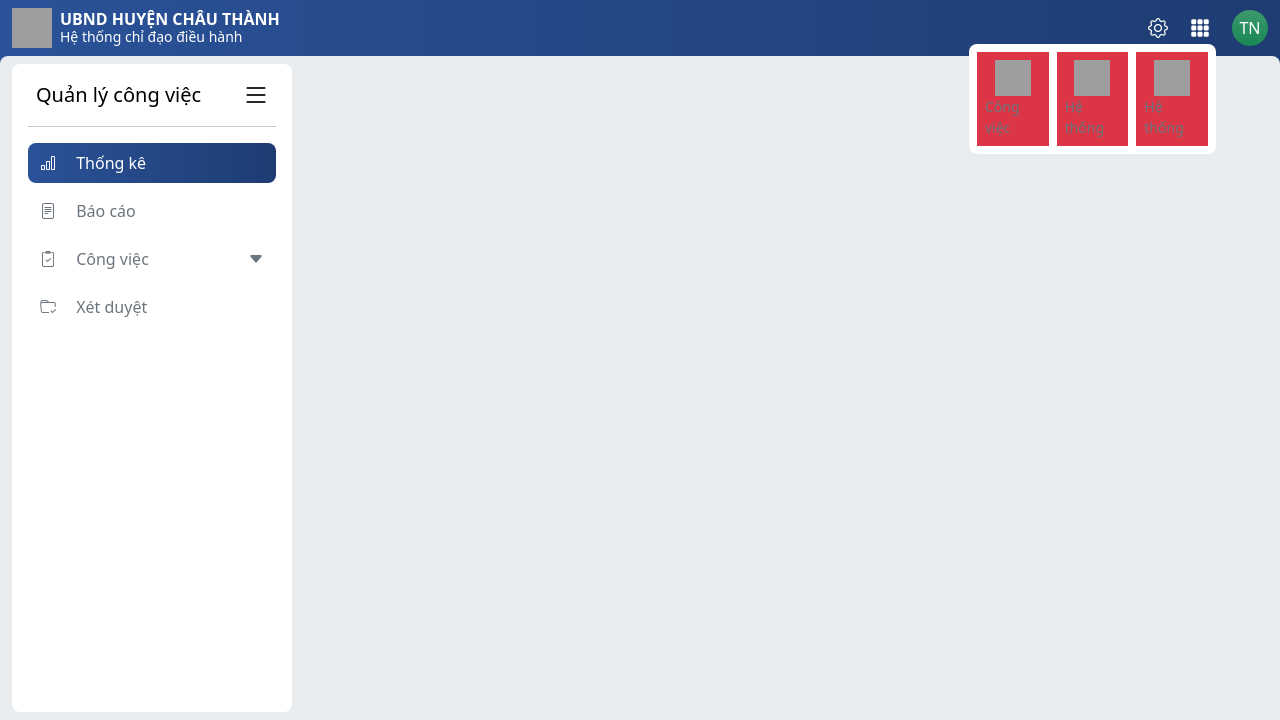
Repository: mys-pro/DATT-HeThongChiDaoDieuHanh
Page: index.html
These files come from the project's save history. The page is drawn as it stood at one moment and after the next save; the edit follows.
The browser window is 1280 px wide. The pictures show the whole page.
Pictures or frames that could not be fetched are drawn as grey boxes.

Above is the page before, as saved 2024-04-21 15:16:23.

### index.html
<!DOCTYPE html>
<html lang="en">

<head>
    <meta charset="UTF-8">
    <meta name="viewport" content="width=device-width, initial-scale=1.0">
    <link rel="icon" href="./Assets/Image/icon.png" />
    <title>Hệ thống chỉ đạo điều hành</title>
    <link rel="stylesheet" href="./Bootstrap/bootstrap-icons-1.11.3/font/bootstrap-icons.min.css">
    <link rel="stylesheet" href="./Bootstrap/bootstrap-5.3.3-dist/css/bootstrap.min.css">
    <link rel="stylesheet" href="./Assets/css/Styles.css">
    <script src="./Assets/js/jquery-3.7.1.min.js"></script>
    <script src="./Bootstrap/bootstrap-5.3.3-dist/js/bootstrap.bundle.min.js"></script>
    <script src="./Assets/js/script.js"></script>
</head>

<body>
    <div class="app">
        <header class="header">
            <nav class="header__navbar navbar">
                <div class="header__navbar-container container-fluid">
                    <a href="#" class="header__navbar-logo navbar-brand p-0 d-flex">
                        <img class="header__navbar-img" src="./Assets/Image/Logo.png" alt="">
                        <div class="header__navbar-name mx-2 text-white align-content-center">
                            <h6 class="fw-bold p-0 m-0">UBND HUYỆN CHÂU THÀNH</h6>
                            <h6 class="fw-normal p-0 m-0">Hệ thống chỉ đạo điều hành</h6>
                        </div>
                    </a>

                    <ul class="header__navbar-list list-inline p-0 m-0 d-flex">
                        <li class="header__navbar-item ms-3 align-content-center">
                            <a class="border-0 bg-transparent rounded-circle text-white">
                                <i class="bi bi-gear fs-5"></i>
                            </a>
                        </li>
                        <li class="header__navbar-item ms-3 align-content-center position-relative">
                            <button type="button" class="border-0 bg-transparent rounded-circle text-white"
                                id="dropdown-apps">
                                <i class="bi bi-grid-3x3-gap-fill fs-5"></i>
                            </button>
                            <div class="list-apps bg-white rounded-3 position-absolute p-2">
                                <div class="row row-cols-3 g-2">
                                    <div class="col">
                                        <a href="#" class="text-decoration-none text-secondary d-flex flex-column align-items-center bg-danger p-2">
                                            <img src="./Assets/Image/task-icon.png" alt="" width="36px" height="36px">
                                            Công việc
                                        </a>
                                    </div>
                                    <div class="col">
                                        <a href="#" class="text-decoration-none text-secondary d-flex flex-column align-items-center bg-danger p-2">
                                            <img src="./Assets/Image/admin-icon.png" alt="" width="36px" height="36px">
                                            Hệ thống
                                        </a>
                                    </div>
                                    <div class="col">
                                        <a href="#" class="text-decoration-none text-secondary d-flex flex-column align-items-center bg-danger p-2">
                                            <img src="./Assets/Image/admin-icon.png" alt="" width="36px" height="36px">
                                            Hệ thống
                                        </a>
                                    </div>
                                </div>
                            </div>
                        </li>
                        <li class="header__navbar-item ms-3">
                            <div
                                class="header__navbar-avatar border-0 bg-success bg-gradient rounded-circle text-white text-center align-content-center">
                                TN</div>
                        </li>
                    </ul>
                </div>
            </nav>
        </header>

        <div class="app__container bg-body-secondary rounded-top-3 py-2">
            <div class="container-fluid">
                <div class="sidebar bg-white rounded-3 p-3 open">
                    <div class="side__bar-tile d-flex position-relative">
                        <span class="ms-2 text-black fs-5 text-nowrap">Quản lý công việc</span>
                        <button type="button"
                            class="sidebar__collapse-btn border-0 bg-white position-absolute text-end end-0">
                            <i class="bi bi-list"></i>
                        </button>
                    </div>
                    <hr>

                    <ul class="sidebar-list list-unstyled p-0 m-0">
                        <li class="sidebar-item mb-2">
                            <a href="#" class="rounded-3 text-secondary text-nowrap d-block active">
                                <i class="bi bi-bar-chart me-3"></i>
                                <span>Thống kê</span>
                            </a>
                        </li>

                        <li class="sidebar-item mb-2">
                            <a href="#" class="rounded-3 text-secondary text-nowrap d-block">
                                <i class="bi bi-file-text me-3"></i>
                                <span>Báo cáo</span>
                            </a>
                        </li>

                        <li class="sidebar-item mb-2">
                            <a href="#" class="position-relative rounded-3 text-secondary text-nowrap d-block collapsed"
                                data-bs-toggle="collapse" data-bs-target="#sidebarToggleExternalContent">
                                <i class="bi bi-clipboard2-check me-3"></i>
                                <span>Công việc</span>
                                <i class="bi bi-caret-down-fill"></i>
                            </a>

                            <ul class="sidebar-list-child collapse list-inline text-secondary text-nowrap"
                                id="sidebarToggleExternalContent">
                                <li class="sidebar-item-child mt-2">
                                    <a href="#"
                                        class="text-secondary rounded-3 text-nowrap d-block d-flex justify-content-between align-items-center active">
                                        Tất cả
                                        <span class="badge text-bg-danger rounded-pill">1</span>
                                    </a>
                                </li>
                                <li class="sidebar-item-child mt-2">
                                    <a href="#"
                                        class="text-secondary rounded-3 text-nowrap d-block d-flex justify-content-between align-items-center">
                                        Dự thảo
                                        <span class="badge text-bg-danger rounded-pill">1</span>
                                    </a>
                                </li>
                                <li class="sidebar-item-child mt-2">
                                    <a href="#"
                                        class="text-secondary rounded-3 text-nowrap d-block d-flex justify-content-between align-items-center">
                                        Hoàn thành
                                        <span class="badge text-bg-danger rounded-pill">1</span>
                                    </a>
                                </li>
                                <li class="sidebar-item-child mt-2">
                                    <a href="#"
                                        class="text-secondary rounded-3 text-nowrap d-block d-flex justify-content-between align-items-center">
                                        Chờ phê duyệt
                                        <span class="badge text-bg-danger rounded-pill">1</span>
                                    </a>
                                </li>
                                <li class="sidebar-item-child mt-2">
                                    <a href="#"
                                        class="text-secondary rounded-3 text-nowrap d-block d-flex justify-content-between align-items-center">
                                        Làm lại
                                        <span class="badge text-bg-danger rounded-pill">1</span>
                                    </a>
                                </li>
                                <li class="sidebar-item-child mt-2">
                                    <a href="#"
                                        class="text-secondary rounded-3 text-nowrap d-block d-flex justify-content-between align-items-center">
                                        Bị hủy
                                        <span class="badge text-bg-danger rounded-pill">1</span>
                                    </a>
                                </li>
                            </ul>
                        </li>

                        <li class="sidebar-item mb-2">
                            <a href="#" class="rounded-3 text-secondary text-nowrap d-block">
                                <i class="bi bi-folder-check me-3"></i>
                                <span>Xét duyệt</span>
                            </a>
                        </li>
                    </ul>
                </div>
            </div>
        </div>
    </div>
</body>

</html>

### Assets/css/Styles.css
:root {
    --primary-color: #2a5298;
    --primary-gradient-color: linear-gradient(to left, #1e3c72, #2a5298);
    --bs-body-color: #212529;
}

body {
    overflow: auto;
}

.col-0 {
    display: none;
}

.app {
    background-image: var(--primary-gradient-color);
}
/* ======Navbar====== */
.header__navbar-img {
    width: 40px;
    height: 40px;
}

.header__navbar-name h6:first-child {
    font-size: 16px;
}

.header__navbar-name h6:last-child {
    font-size: 14px;
}

.header__navbar-avatar {
    width: 36px;
    height: 36px;
}

.header__navbar-item a {
    cursor: pointer;
}

.header__navbar-item span {
    top: 25%;
    right: -15px;
}

.list-apps {
    width: 247px;
    right: 0;
    font-size: 14px;
}

/* ======Sidebar====== */
.sidebar {
    --height: calc(100vh - 56px - 16px);
    min-height: var(--height);
    width: 72px;
    transition: all .2s ease-out;
}

.sidebar.open {
    width: 280px;
}

.sidebar a {
    padding: 8px 12px;
    text-decoration: none;
    overflow: hidden;
}

.sidebar span {
    overflow: hidden;
}

.sidebar__collapse-btn {
    font-size: 28px;
    line-height: 0;
}

.sidebar-list-child {
    overflow: hidden;
}

.sidebar-item > a:hover {
    background-color: rgba(0, 0, 0, 0.05) !important;
}

.sidebar-item > a:active {
    background-color: rgba(0, 0, 0, 0.1) !important;
}

.sidebar-item > a.active {
    background-image: var(--primary-gradient-color);
    color: white !important;
}

.sidebar:not(.open) .sidebar-list-child {
    display: none;
}

.sidebar-item > a[data-bs-toggle="collapse"].collapsed > i:last-child {
    position: absolute;
    right: 12px;
    top: 0.5rem;
    transform: rotate(0deg);
    transition: all .2s ease-out;
}

.sidebar-item > a[data-bs-toggle="collapse"] > i:last-child {
    position: absolute;
    right: 12px;
    top: 0.5rem;
    transform: rotate(180deg);
    transition: all .2s ease-out;
}

.sidebar:not(.open) .sidebar-item > a[data-bs-toggle="collapse"] > i:last-child {
    display: none;
}

.sidebar-item-child > a:not(.active):hover {
    background-color: rgba(0, 0, 0, 0.05) !important;
}

.sidebar-item-child > a:not(.active):active,
.sidebar-item-child > a.active {
    background-color: rgba(0, 0, 0, 0.1) !important;
}

@media (max-width: 576px) {
    .sidebar {
        display: none;
    }

    .header__navbar-list {
        display: none !important;
    }
}

### Assets/js/script.js
$(document).ready(function() {
    $('.sidebar__collapse-btn').click(function() {
        $(".sidebar").toggleClass("open");
    });

    $('.sidebar-item > a').click(function() {
        $('.sidebar-item > a').removeClass("active");
        $(this).addClass("active");
        $('#sidebarToggleExternalContent').collapse('hide');
    });

    $('.sidebar-item > a[data-bs-toggle="collapse"]').click(function() {
        $('.sidebar-item-child > a').removeClass("active");
        $('.sidebar-item-child > a:first').addClass("active");
      });

    $('.sidebar-item-child > a').click(function() {
        $('.sidebar-item-child > a').removeClass("active");
        $(this).addClass("active");
    });
});

Loaded but not shown: library/Bootstrap/bootstrap-icons-1.11.3/font/bootstrap-icons.min.css (library); library/Bootstrap/bootstrap-5.3.3-dist/css/bootstrap.min.css (library); Public/js/jquery-3.7.1.min.js (library); library/Bootstrap/bootstrap-5.3.3-dist/js/bootstrap.bundle.min.js (library)

After the next save:
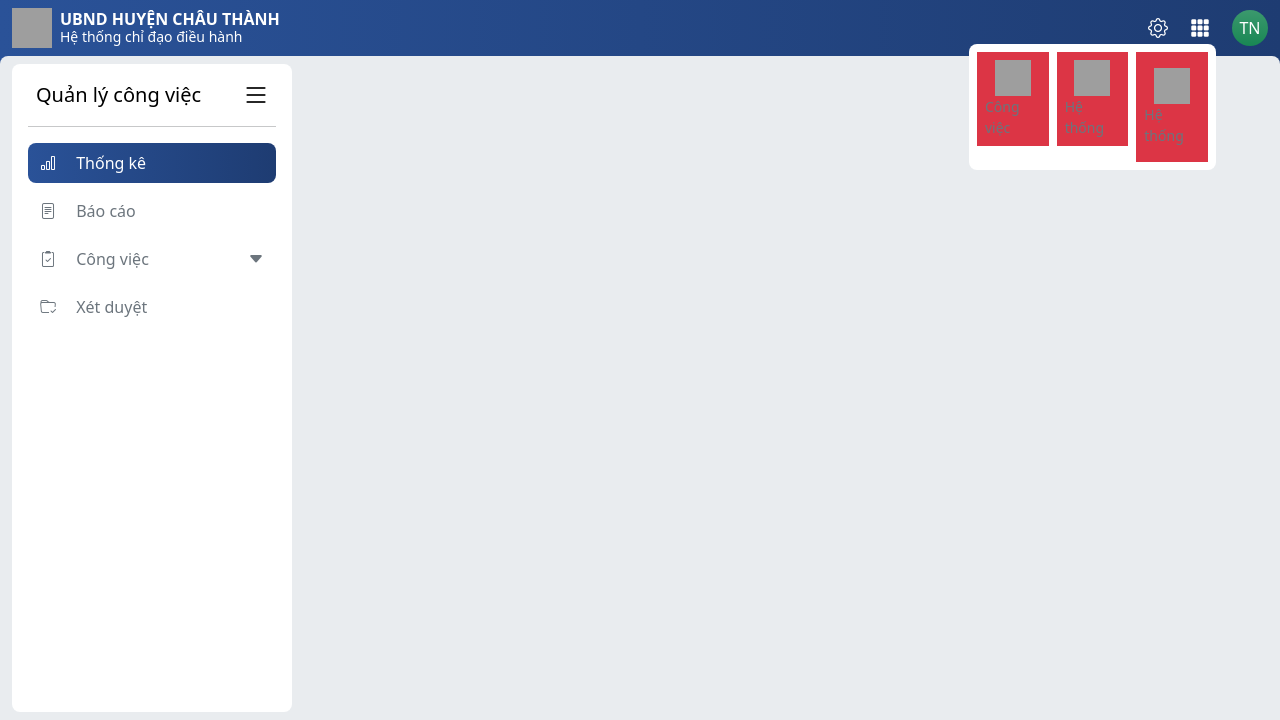
Saved 87 s later.
--- a/index.html
+++ b/index.html
@@ -53,7 +53,7 @@
                                         </a>
                                     </div>
                                     <div class="col">
-                                        <a href="#" class="text-decoration-none text-secondary d-flex flex-column align-items-center bg-danger p-2">
+                                        <a href="#" class="text-decoration-none text-secondary d-flex flex-column align-items-center bg-danger px-2 py-3">
                                             <img src="./Assets/Image/admin-icon.png" alt="" width="36px" height="36px">
                                             Hệ thống
                                         </a>
